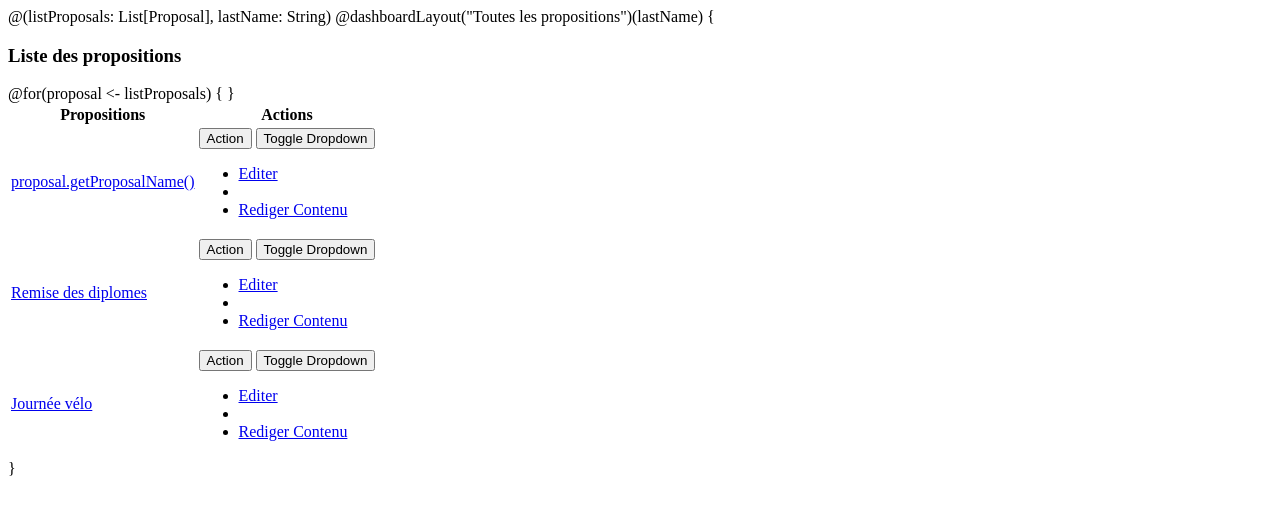
Repository: spirale-software/labo_master
Page: Application/oneDotCom/app/views/proposals.scala.html
An editor plug-in stored every save of this project. The page is shown before and after the next save, followed by the edit.
The browser window is 1280 px wide. The pictures show the whole page.

Above is the page before, as saved 2017-03-31 08:40:45.

After the next save:
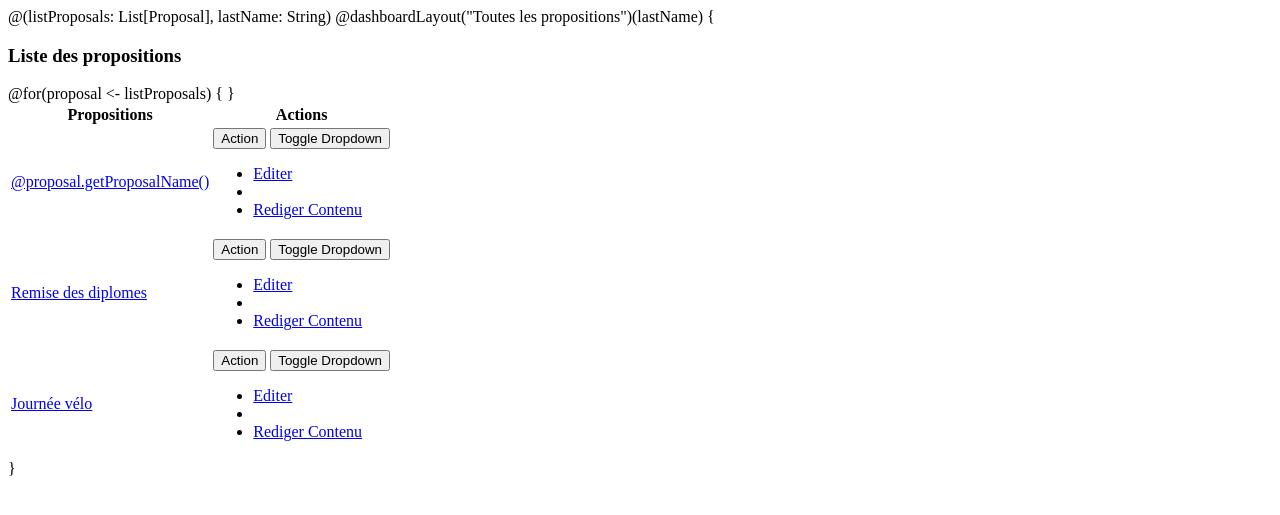
Saved 69 min 26 s later.
--- a/Application/oneDotCom/app/views/proposals.scala.html
+++ b/Application/oneDotCom/app/views/proposals.scala.html
@@ -17,7 +17,7 @@
 
                     	<tr>
 	                        <td>
-	                            <p><a href="#">proposal.getProposalName()</a></p>
+	                            <p><a href="#">@proposal.getProposalName()</a></p>
 	                        </td>
 	                        <td>
 	                            <!-- Split button -->
